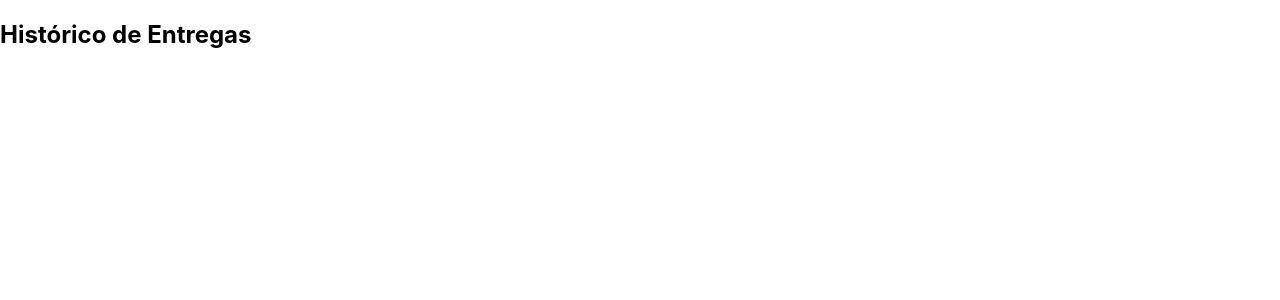
Repository: feliperanon/gestao-entregas
Page: /history (app in frontend/)
The author's editor kept a copy of each file at every save. The page is drawn from the files as they stood at one save, then again after the next save.
The browser window is 1280 px wide. The pictures show the whole page.
The page's requests for data from a server got no answer. The project was rebuilt for these pictures with package versions that can differ from the ones it lists, and the page was loaded fresh each time. No one was signed in, and anything a server would have sent is missing. Also part of the build but not shown: frontend/src/pages/Dashboard.js, frontend/src/pages/Login.js.

Above is the page before, as saved 2024-06-27 19:43:12.

### frontend/src/App.js
import React from 'react';
import { BrowserRouter as Router, Route, Routes } from 'react-router-dom';
import Dashboard from './pages/Dashboard';
import History from './pages/History';
import Login from './pages/Login';

function App() {
  return (
    <Router>
      <Routes>
        <Route path="/" element={<Login />} />
        <Route path="/dashboard" element={<Dashboard />} />
        <Route path="/history" element={<History />} />
      </Routes>
    </Router>
  );
}

export default App;

### frontend/src/pages/History.js
import React, { useState, useEffect } from 'react';
import api from '../services/api';

const History = () => {
  const [entregas, setEntregas] = useState([]);

  useEffect(() => {
    const fetchEntregas = async () => {
      try {
        const token = localStorage.getItem('token');
        const response = await api.get('/entregas', {
          headers: { Authorization: `Bearer ${token}` }
        });
        // Filtra as entregas que estão finalizadas
        const entregasFinalizadas = response.data.filter(entrega => entrega.status === 'Finalizada');
        setEntregas(entregasFinalizadas);
      } catch (error) {
        console.error('Error fetching entregas:', error);
      }
    };
    fetchEntregas();
  }, []);

  return (
    <div>
      <h2>Histórico de Entregas</h2>
      <ul>
        {entregas.map((entrega) => (
          <li key={entrega._id}>
            <span>{entrega.nomeEntregador} - {entrega.cliente} - {entrega.volume} - {entrega.tempoEstimado} - {new Date(entrega.updatedAt).toLocaleString()}</span>
          </li>
        ))}
      </ul>
    </div>
  );
};

export default History;

Loaded but not shown: frontend/public/index.html (common file); frontend/src/index.js (common file); frontend/src/index.css (common file); frontend/src/reportWebVitals.js (common file); frontend/src/services/api.js (common file)

After the next save:
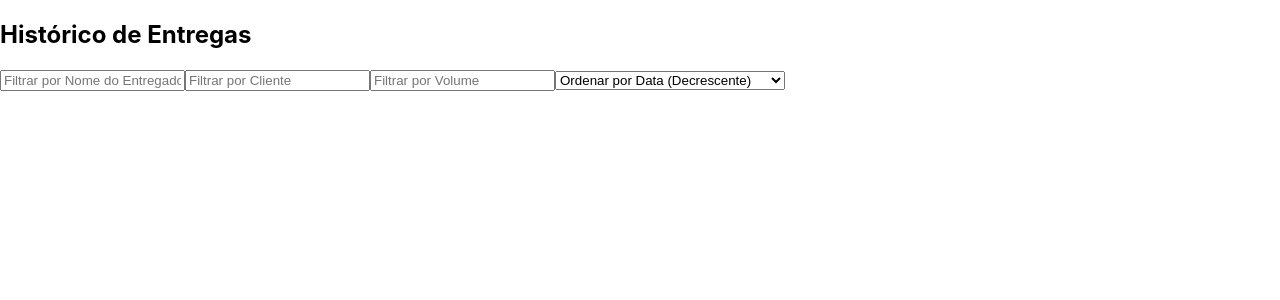
Saved 8 min 2 s later.
--- a/frontend/src/pages/History.js
+++ b/frontend/src/pages/History.js
@@ -3,6 +3,9 @@ import api from '../services/api';
 
 const History = () => {
   const [entregas, setEntregas] = useState([]);
+  const [filteredEntregas, setFilteredEntregas] = useState([]);
+  const [filters, setFilters] = useState({ nomeEntregador: '', cliente: '', volume: '' });
+  const [sortOrder, setSortOrder] = useState('dateDesc');
 
   useEffect(() => {
     const fetchEntregas = async () => {
@@ -11,9 +14,9 @@ const History = () => {
         const response = await api.get('/entregas', {
           headers: { Authorization: `Bearer ${token}` }
         });
-        // Filtra as entregas que estão finalizadas
         const entregasFinalizadas = response.data.filter(entrega => entrega.status === 'Finalizada');
         setEntregas(entregasFinalizadas);
+        setFilteredEntregas(entregasFinalizadas);
       } catch (error) {
         console.error('Error fetching entregas:', error);
       }
@@ -21,11 +24,73 @@ const History = () => {
     fetchEntregas();
   }, []);
 
+  useEffect(() => {
+    let result = entregas;
+
+    if (filters.nomeEntregador) {
+      result = result.filter(entrega => entrega.nomeEntregador.toLowerCase().includes(filters.nomeEntregador.toLowerCase()));
+    }
+
+    if (filters.cliente) {
+      result = result.filter(entrega => entrega.cliente.toLowerCase().includes(filters.cliente.toLowerCase()));
+    }
+
+    if (filters.volume) {
+      result = result.filter(entrega => entrega.volume.toString().includes(filters.volume));
+    }
+
+    if (sortOrder === 'dateAsc') {
+      result = result.sort((a, b) => new Date(a.updatedAt) - new Date(b.updatedAt));
+    } else if (sortOrder === 'dateDesc') {
+      result = result.sort((a, b) => new Date(b.updatedAt) - new Date(a.updatedAt));
+    } else if (sortOrder === 'volumeAsc') {
+      result = result.sort((a, b) => a.volume - b.volume);
+    } else if (sortOrder === 'volumeDesc') {
+      result = result.sort((a, b) => b.volume - a.volume);
+    }
+
+    setFilteredEntregas(result);
+  }, [filters, sortOrder, entregas]);
+
+  const handleFilterChange = (e) => {
+    setFilters({ ...filters, [e.target.name]: e.target.value });
+  };
+
+  const handleSortChange = (e) => {
+    setSortOrder(e.target.value);
+  };
+
   return (
     <div>
       <h2>Histórico de Entregas</h2>
+      <div>
+        <input
+          name="nomeEntregador"
+          value={filters.nomeEntregador}
+          onChange={handleFilterChange}
+          placeholder="Filtrar por Nome do Entregador"
+        />
+        <input
+          name="cliente"
+          value={filters.cliente}
+          onChange={handleFilterChange}
+          placeholder="Filtrar por Cliente"
+        />
+        <input
+          name="volume"
+          value={filters.volume}
+          onChange={handleFilterChange}
+          placeholder="Filtrar por Volume"
+        />
+        <select name="sortOrder" value={sortOrder} onChange={handleSortChange}>
+          <option value="dateDesc">Ordenar por Data (Decrescente)</option>
+          <option value="dateAsc">Ordenar por Data (Crescente)</option>
+          <option value="volumeDesc">Ordenar por Volume (Decrescente)</option>
+          <option value="volumeAsc">Ordenar por Volume (Crescente)</option>
+        </select>
+      </div>
       <ul>
-        {entregas.map((entrega) => (
+        {filteredEntregas.map((entrega) => (
           <li key={entrega._id}>
             <span>{entrega.nomeEntregador} - {entrega.cliente} - {entrega.volume} - {entrega.tempoEstimado} - {new Date(entrega.updatedAt).toLocaleString()}</span>
           </li>
